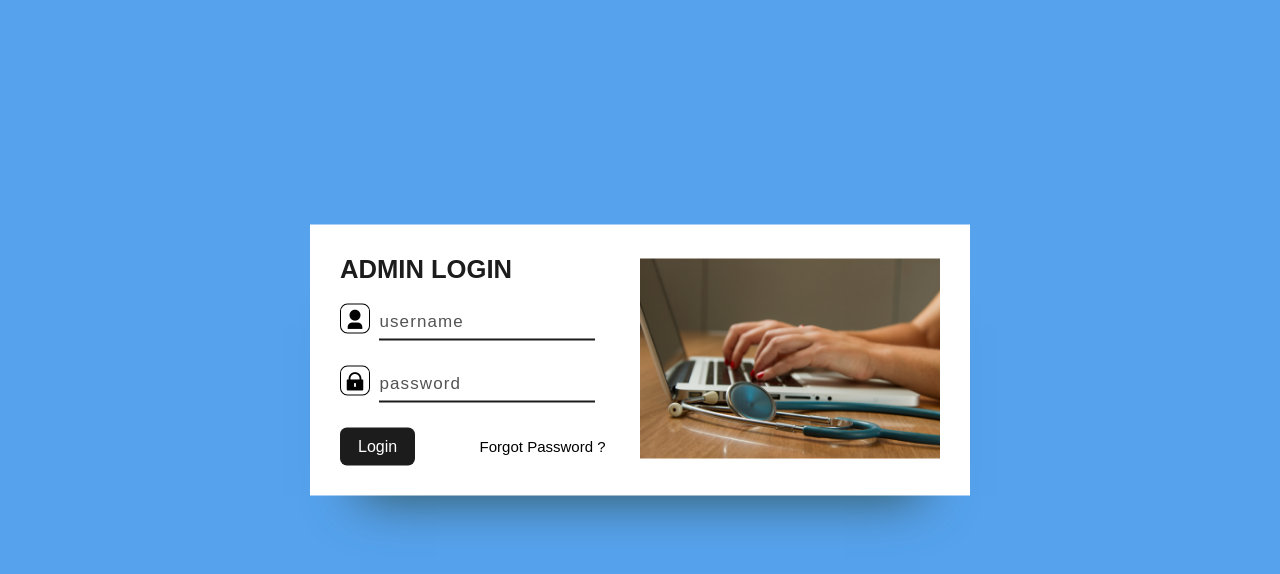
Repository: GauraVPandeyyy/Final-Neuro-dentica
Page: http://localhost/Admin-Panel/login.php
An editor plug-in stored every save of this project. The page is shown before and after the next save, followed by the edit.
The browser window is 1280 px wide. The pictures show the whole page.
Some web fonts or font styles are not loaded; a fallback is used. Some web libraries are served in a nearby version. The page is run by PHP 8.4 with error messages shown; the project is at /var/www/html/.

Above is the page before, as saved 2024-11-11 14:39:38.

### Admin-Panel/login.php
<!DOCTYPE html>
<html lang="en">

<head>
    <meta charset="UTF-8">
    <title>Admin Login</title>
    <link rel="stylesheet" href="login.css">
    <link
    href="https://cdn.jsdelivr.net/npm/remixicon@4.5.0/fonts/remixicon.css"
    rel="stylesheet"
/>

<link rel="preconnect" href="https://fonts.googleapis.com">
<link rel="preconnect" href="https://fonts.gstatic.com" crossorigin>
<link href="https://fonts.googleapis.com/css2?family=Playwrite+GB+S:ital,wght@0,100..400;1,100..400&display=swap" rel="stylesheet">
</head>

<body>
    <div class="container">
        <div class="myForm">
            <h2>ADMIN LOGIN</h2>
            <form method="POST">
                <!-- <label for="username">Username:</label> -->
                <i class="ri-user-3-fill"></i>
                <input type="text" name="username" id="username" placeholder="username"  required>

                <!-- <label for="password">Password:</label> -->
                <i class="ri-lock-fill"></i>
                <input type="password" name="password" id="password" placeholder="password"  required>

                <button type="submit" name="login">Login</button>
                <a href="forgot_password.php">Forgot Password ?</a>
            </form>

        </div>
        <div class="image">
            <img src="DoctorImage.jpg" alt="">
        </div>

    </div>
    <?php

    require("../config.php");

    if (isset($_POST['login'])) {


        $query = "SELECT * FROM `admin_users` WHERE `username` = '$_POST[username]' AND `password` = '$_POST[password]'";

        $result = mysqli_query($conn, $query);

        if (mysqli_num_rows($result) === 1) {
            session_start();
            $_SESSION['admin_logged_in'] = true;
            // $_SESSION['adminLoggedIn'] = $_POST['username'];
            header("Location: dashboard.php");
            exit();
        } else {
            echo "<script> alert('Incorrect Password');</script>";
        }
    }
    ?>

</body>

</html>

### config.php
<?php
$host = "localhost";
$user = "root";        // Default XAMPP username
$password = "";        // Default XAMPP password
$dbname = "mkappointmentdb"; // Your database name

$conn = new mysqli($host, $user, $password, $dbname);

if ($conn->connect_error) {
    die("Connection failed: " . $conn->connect_error);
}
?>

### Admin-Panel/login.css

/* @import url('https://fonts.googleapis.com/css2?family=Playwrite+GB+S:ital,wght@0,100..400;1,100..400&display=swap'); */


*{
    padding: 0;
    margin: 0;
    box-sizing: border-box;
    font-family: sans-serif !important;
}
body{
    background-color: #56a2ed;
}
.container{
    position: absolute;
    top: 50%;
    left: 50%;
    transform: translate(-50%,-50%);

    display: flex;
    align-items: center;
    /* flex-direction: row; */

    background-color: #fff;
    padding: 30px;
    box-shadow: 0 50px 50px -50px darkslategray;
}

div.container div.myForm{
    width: 270px;
    margin-right: 30px;
}
div.container div.myForm h2{
    color: #1c1c1c;
    margin-bottom: 20px;
    font-size: 1.6rem;
}
div.container div.myForm input{
    border: none;
    outline: none;
    border-radius: 0;
    width: 80%;
    border-bottom: 2px solid #1c1c1c;
    margin-bottom: 25px;
    margin-right: 5px;
    padding: 7px 0;
    font-size: 18px;
}
div.container div.myForm input::placeholder{
    font-size: 17px;
    color: #535353;
    letter-spacing: 1.1px;
}


div.container div.myForm button{
    color: white;
    background-color: #1c1c1c;
    border:none;
    outline: none;
    border-radius: 7px;
    font-size: 16px;
    padding: 10px 18px;
    font-weight: 500;
    cursor: pointer;
}
div.container div.myForm i{
    font-size: 22px;
    margin-right: 5px;
    border: 1.5px solid #000000;
    padding: 3px;
    border-radius: 25%;
}
div.container div.image img{
    width: 300px;
}

div.container div.myForm  a{
    text-decoration: none;
    color: black;
    margin-left: 60px;
    font-weight: 500;
    font-size: 15px;
}

@media (max-width:650px) {
    .container{
        flex-direction: column;
        width: 100%;
    }
    div.container div.myForm{
        width: 100%;
        /* margin-right: 30px; */
    }
}

After the next save:
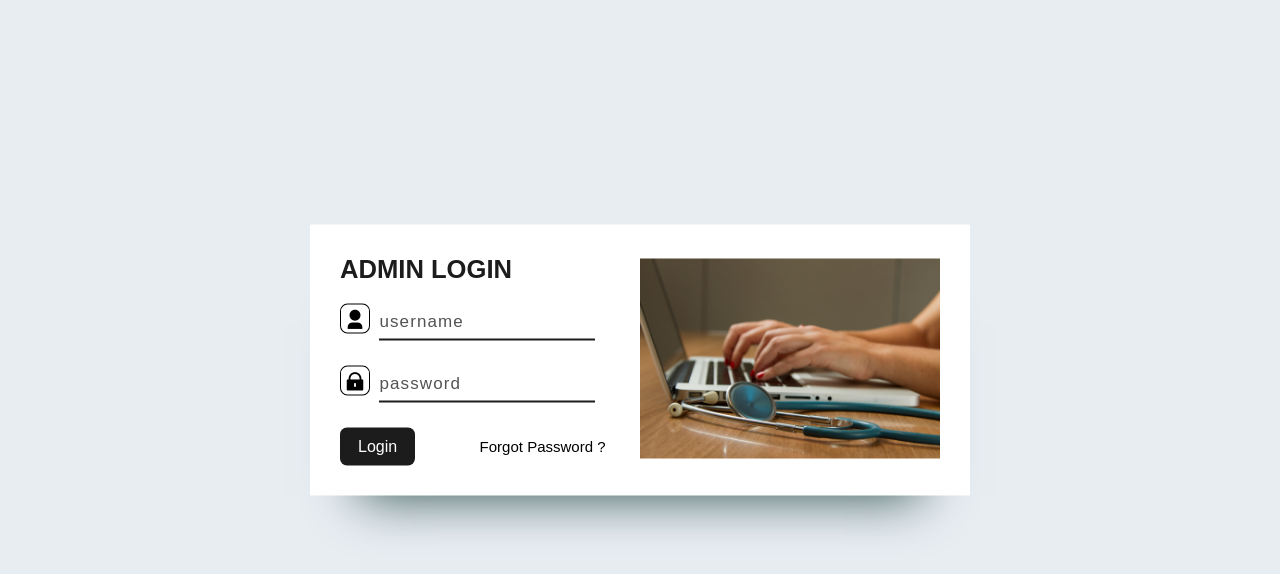
Saved 4 s later.
--- a/Admin-Panel/login.css
+++ b/Admin-Panel/login.css
@@ -9,7 +9,7 @@
     font-family: sans-serif !important;
 }
 body{
-    background-color: #56a2ed;
+    background-color: #e8edf2;
 }
 .container{
     position: absolute;
